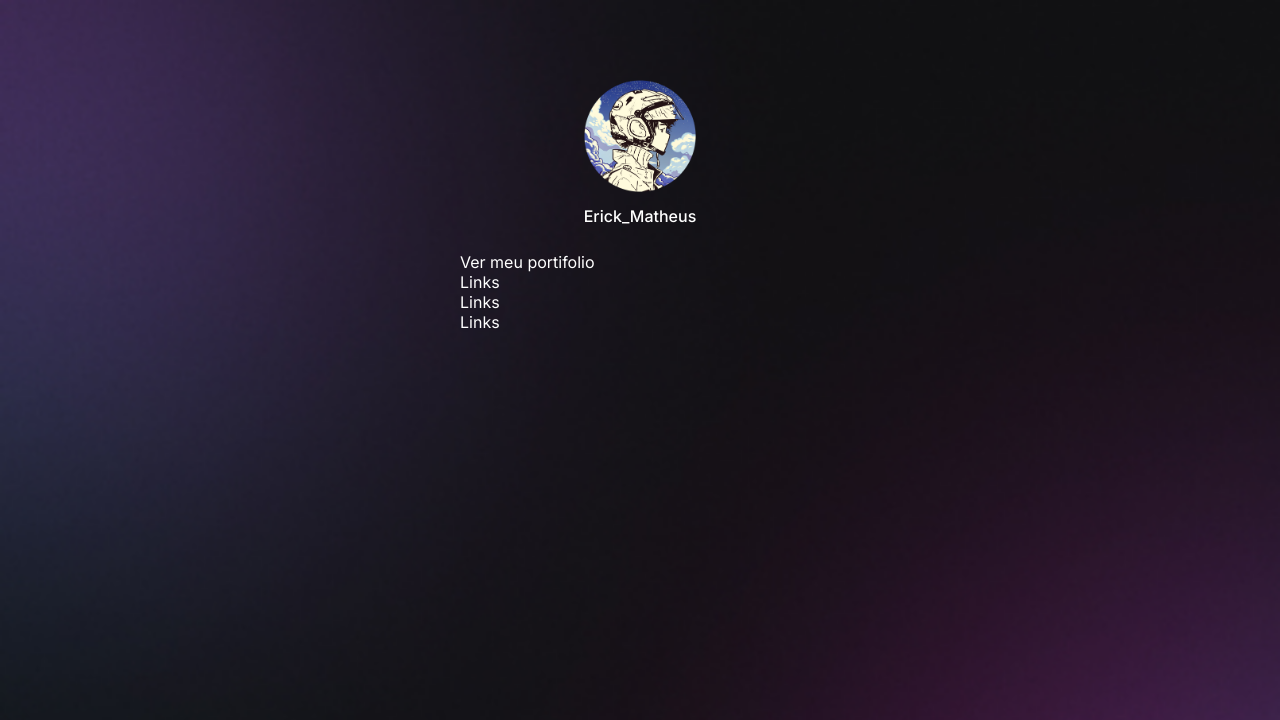
Repository: e-rickmatheus/project_dev_links
Page: index.html
An editor plug-in stored every save of this project. The page is shown before and after a run of saves, followed by the edit.
The browser window is 1280 px wide. The pictures show the whole page.

Above is the page before, as saved 2025-04-02 18:10:13.

### index.html
<!DOCTYPE html>
<html lang="pt-BR">
<head>

<link rel="preconnect" href="https://fonts.googleapis.com">
<link rel="preconnect" href="https://fonts.gstatic.com" crossorigin>
<link href="https://fonts.googleapis.com/css2?family=Inter:wght@400;500&display=swap" rel="stylesheet">
  <meta charset="UTF-8">
  <meta name="viewport" content="width=device-width, initial-scale=1.0">
  <title>DEV.Links</title>
  <link rel="stylesheet" href="./style.css">
  <a></a>
</head>
<body>

  <div id="container">
    <div id="profile">
      <img id="avatar" src="./assets/avatar-pilot-day.png" alt="avatar-light">
      <p>Erick_Matheus</p>
    </div>

    <ul href="#">Ver meu portifolio </ul>
    <ul href="#">Links</ul>
    <ul href="#">Links</ul>
    <ul href="#">Links</ul>
  </div>


</body>
</html>

### style.css
* {
  margin: 0;
  padding: 0;
  box-sizing: border-box;
}

body {
  /*
  background-image: url(./assets/bg-mobile.jpg);
  background-repeat: no-repeat;
  background-position: top center;
  background-size: cover;
  */

  /* background: color image repeat position/sizer */
  background: url(./assets/bg-mobile.jpg) no-repeat top center/cover;
}

body * {
  font-family: 'Inter', sans-serif;
  color: #ffffff

}

#container {
  width:  360px;
  margin: 56px auto 0px;
}

#profile {
  text-align: center;
  padding: 24px;
}

#profile img {
  width: 112px;
}

#profile p {
  font-weight: 500;
  line-height: 24px;
  margin-top: 8px;
}

After the next 4 saves:
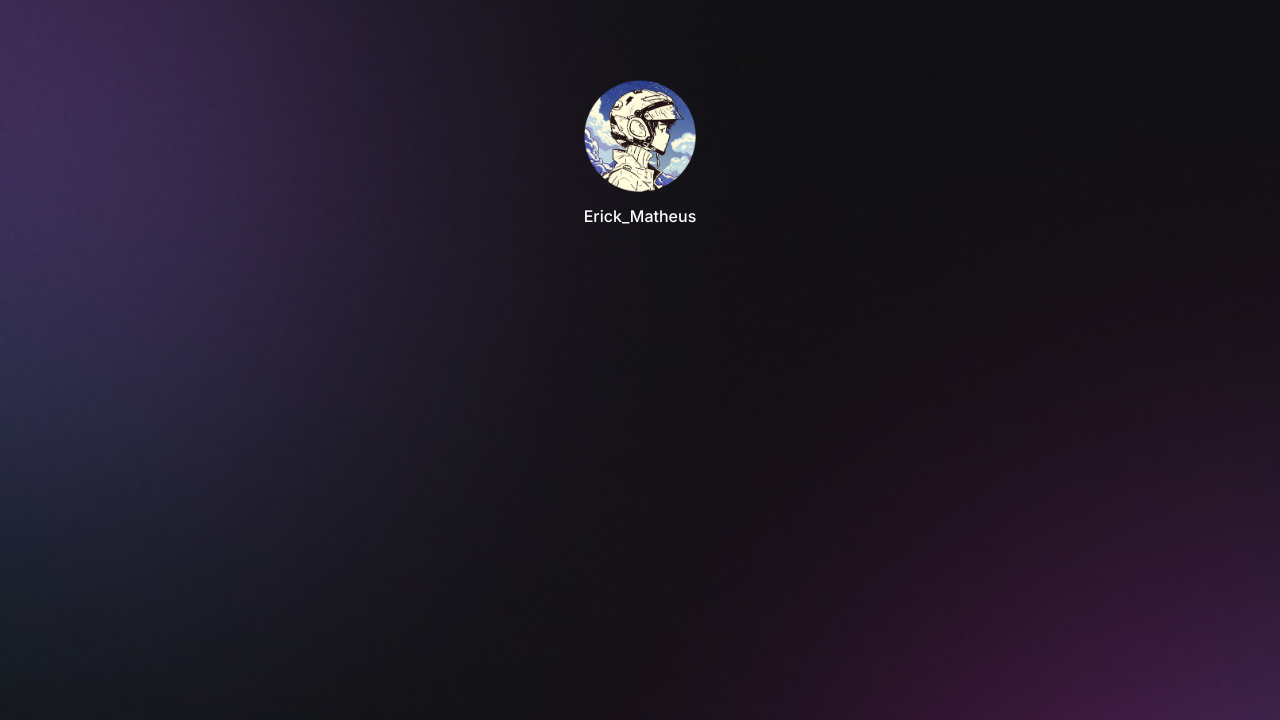
The 4 saves are shown as one change because they came seconds apart.
The last was saved 36 s later.
--- a/index.html
+++ b/index.html
@@ -19,10 +19,9 @@
       <p>Erick_Matheus</p>
     </div>
 
-    <ul href="#">Ver meu portifolio </ul>
-    <ul href="#">Links</ul>
-    <ul href="#">Links</ul>
-    <ul href="#">Links</ul>
+  <ul>
+
+  </ul>
   </div>
 
 
